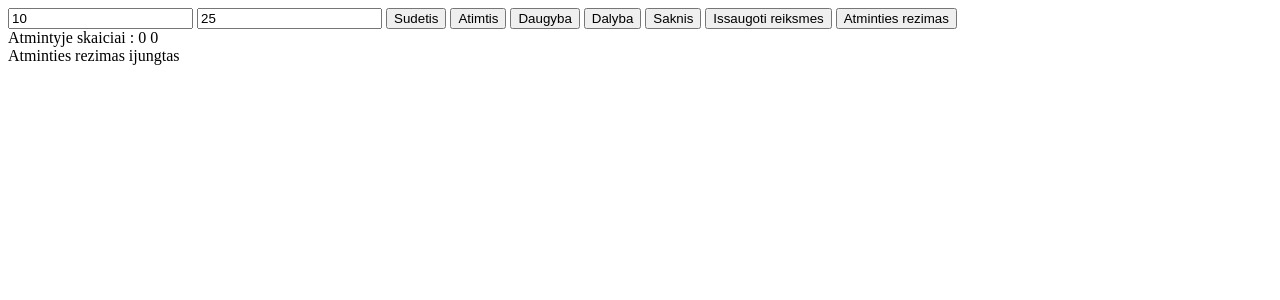
Repository: motiejus1/25-paskaita-05.31
Page: index.html
An editor plug-in stored every save of this project. The page is shown before and after a run of saves, followed by the edit.
The browser window is 1280 px wide. The pictures show the whole page.
After loading, the first visible `#atmintis` was clicked once.

Above is the page before, as saved 2021-07-13 19:40:08.

### index.html
<!DOCTYPE html>
<html lang="en">
<head>
    <meta charset="UTF-8">
    <meta http-equiv="X-UA-Compatible" content="IE=edge">
    <meta name="viewport" content="width=device-width, initial-scale=1.0">
    <title>25 paskaita</title>

    <style>
        .zalia {
            background-color: green;
        }
    </style>

</head>
<body>

    <input type="text" id="sk" name="sk" value="10">
    <input type="text" id="sk1" name="sk1" value="25">

    <button id="sudetis">Sudetis</button>
    <button id="atimtis">Atimtis</button>
    <button id="daugyba">Daugyba</button>
    <button id="dalyba">Dalyba</button>
    <button id="saknis">Saknis</button>
    <button id="issaugok">Issaugoti reiksmes</button>
    <button id="atmintis">Atminties rezimas</button>

    <div id="rezultatas">

    </div>

    <div id="skaiciai-atmintyje">
        Atmintyje skaiciai : 0 0 <br>
    </div>

    <div id="statusas">
        Atminties rezimas isjungtas
    </div>

    <script>
    "use strict";

    //Skaiciuotuvas, kuris gali atimti, sudeti, sudauginti, padalinti, istraukti sakni
    // Jis turi atminti
    //Ka daryti norint atlikti veiksma ne su ivestais skaiciais, o esanciais atmintyje?

    //Susikurti naujus metodus: sudetis -> sudetisAtmintis

    // rezimas.
    // rezimas reiksmes gali buti tiesa arba melas
    // jeigu tiesa - skaiciuotuvas veikia iprastai
    // jeigu melas - skaiciuotuvas ima reiksmes is atminties

    //Susikurti objekta

    var skaiciuotuvas = {
        a: 0, //paimti is input
        b: 0, //paimti is input
        rezultatas: 0,
        rezimas: true,

        sudetis: function(sk, sk1) {
            if(this.rezimas == true) {
                this.rezultatas = sk + sk1;
            } else {
                this.rezultatas = this.a + this.b;
            }
            return this.rezultatas;
        },

        sudetisAtmintis: function() {
            this.rezultatas = this.a + this.b;
            return this.rezultatas;
        },

        atimtis: function(sk, sk1) {
            if(this.rezimas == true) {
                this.rezultatas = sk - sk1;
            } else {
                this.rezultatas = this.a - this.b;
            }
            return this.rezultatas;
        },
        sandauga: function(sk, sk1) {
            if(this.rezimas == true) {
                this.rezultatas = sk * sk1;
            } else {
                this.rezultatas = this.a * this.b;
            }
            return this.rezultatas;
        },
        dalyba: function(sk, sk1) {
            if(this.rezimas == true) {
                this.rezultatas = sk / sk1;
            } else {
                this.rezultatas = this.a / this.b;
            }
            return this.rezultatas;
        },
        saknis: function(sk, sk1) {
            if(this.rezimas == true) {
                this.rezultatas = Math.sqrt(sk);
            } else {
                this.rezultatas = Math.sqrt(this.a);
            }
            return this.rezultatas;
        },
        issaugok: function(sk, sk1) {
            this.a = sk;
            this.b = sk1;
        },
        atmintis: function() {
            this.rezimas = !this.rezimas;

            // tiesa -> false
            //false -> tiesa
        }
    };

    document.querySelector("#sudetis").addEventListener("click", function() {
        var sk = parseFloat(document.querySelector("#sk").value);
        var sk1 = parseFloat(document.querySelector("#sk1").value);
        var isvedimoElementas = document.querySelector("#rezultatas");
        isvedimoElementas.innerHTML = skaiciuotuvas.sudetis(sk, sk1);
    });

    document.querySelector("#atimtis").addEventListener("click", function() {
        var sk = parseFloat(document.querySelector("#sk").value);
        var sk1 = parseFloat(document.querySelector("#sk1").value);
        var isvedimoElementas = document.querySelector("#rezultatas");
        isvedimoElementas.innerHTML = skaiciuotuvas.atimtis(sk, sk1);
    });

    document.querySelector("#daugyba").addEventListener("click", function() {
        var sk = parseFloat(document.querySelector("#sk").value);
        var sk1 = parseFloat(document.querySelector("#sk1").value);
        var isvedimoElementas = document.querySelector("#rezultatas");
        isvedimoElementas.innerHTML = skaiciuotuvas.sandauga(sk, sk1);
    });

    document.querySelector("#dalyba").addEventListener("click", function() {
        var sk = parseFloat(document.querySelector("#sk").value);
        var sk1 = parseFloat(document.querySelector("#sk1").value);
        var isvedimoElementas = document.querySelector("#rezultatas");
        isvedimoElementas.innerHTML = skaiciuotuvas.dalyba(sk, sk1);
    });

    document.querySelector("#saknis").addEventListener("click", function() {
        var sk = parseFloat(document.querySelector("#sk").value);
        var sk1 = parseFloat(document.querySelector("#sk1").value);
        var isvedimoElementas = document.querySelector("#rezultatas");
        isvedimoElementas.innerHTML = skaiciuotuvas.saknis(sk, sk1);
    });

    document.querySelector("#issaugok").addEventListener("click", function() {
        var sk = parseFloat(document.querySelector("#sk").value);
        var sk1 = parseFloat(document.querySelector("#sk1").value);
        skaiciuotuvas.issaugok(sk, sk1);

        var atmintiesSkaiciai = document.querySelector("#skaiciai-atmintyje");

        atmintiesSkaiciai.innerHTML += "Atmintyje skaiciai :" + skaiciuotuvas.a + " " + skaiciuotuvas.b + "<br>" ;

    });

    document.querySelector("#atmintis").addEventListener("click", function() {

        skaiciuotuvas.atmintis();

        var statusas = document.querySelector("#statusas");

        //tikrinima kuris pagal tai koks yra skaiciuotuvo rezimas,
        //isvestu teksta
        // jeigu rezimas yra tiesa - Atminties rezimas isjungtas
        //jeigu rezimas yra melas - Atminties rezimas yra ijungtas
        //jeigu atminties rezimas ijungtas, div nusidazo zaliai

        if(skaiciuotuvas.rezimas == true) {
            statusas.innerHTML = "Atminties rezimas isjungtas";
        } else {
            statusas.innerHTML = "Atminties rezimas ijungtas";
            statusas.classList.add()
        }



    });








    // console.log(skaiciuotuvas.sudetis(10, 15));
    // console.log(skaiciuotuvas.atimtis(10, 15));
    // console.log(skaiciuotuvas.sandauga(10, 15));
    // console.log(skaiciuotuvas.dalyba(10, 15));
    // console.log(skaiciuotuvas.saknis(10, 15));

    // console.log(skaiciuotuvas.sudetisAtmintis());// ? 0
    // skaiciuotuvas.issaugok(10, 15);
    // console.log(skaiciuotuvas.sudetisAtmintis()); // ? 25


    // console.log(skaiciuotuvas.a);
    // console.log(skaiciuotuvas.b);

    // console.log(skaiciuotuvas.sudetis(10, 15));// ? 25
    // skaiciuotuvas.issaugok(100, 200);
    // skaiciuotuvas.atmintis();
    // console.log(skaiciuotuvas.sudetis(10, 15));// ? 300 ?
    // skaiciuotuvas.atmintis();
    // console.log(skaiciuotuvas.sudetis(10, 15)); // 25

    </script>
</body>
</html>

After the next 2 saves:
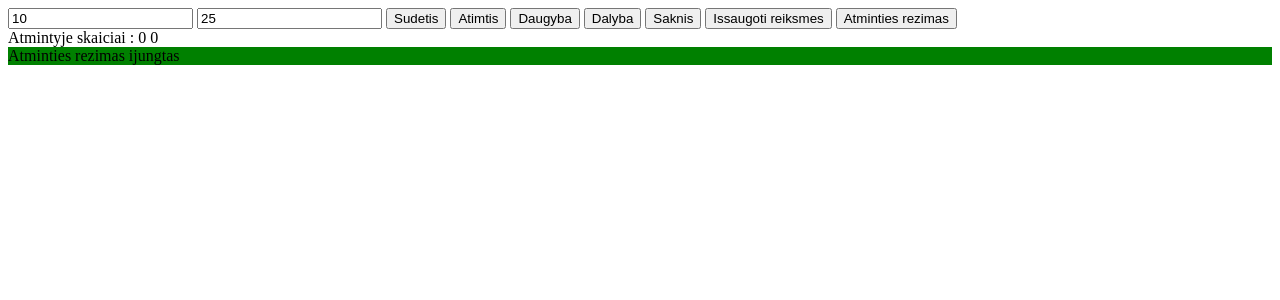
The 2 saves are shown as one change because they came seconds apart.
The last was saved 7 s later.
--- a/index.html
+++ b/index.html
@@ -180,7 +180,7 @@
             statusas.innerHTML = "Atminties rezimas isjungtas";
         } else {
             statusas.innerHTML = "Atminties rezimas ijungtas";
-            statusas.classList.add()
+            statusas.classList.add("zalia");
         }
 
 
